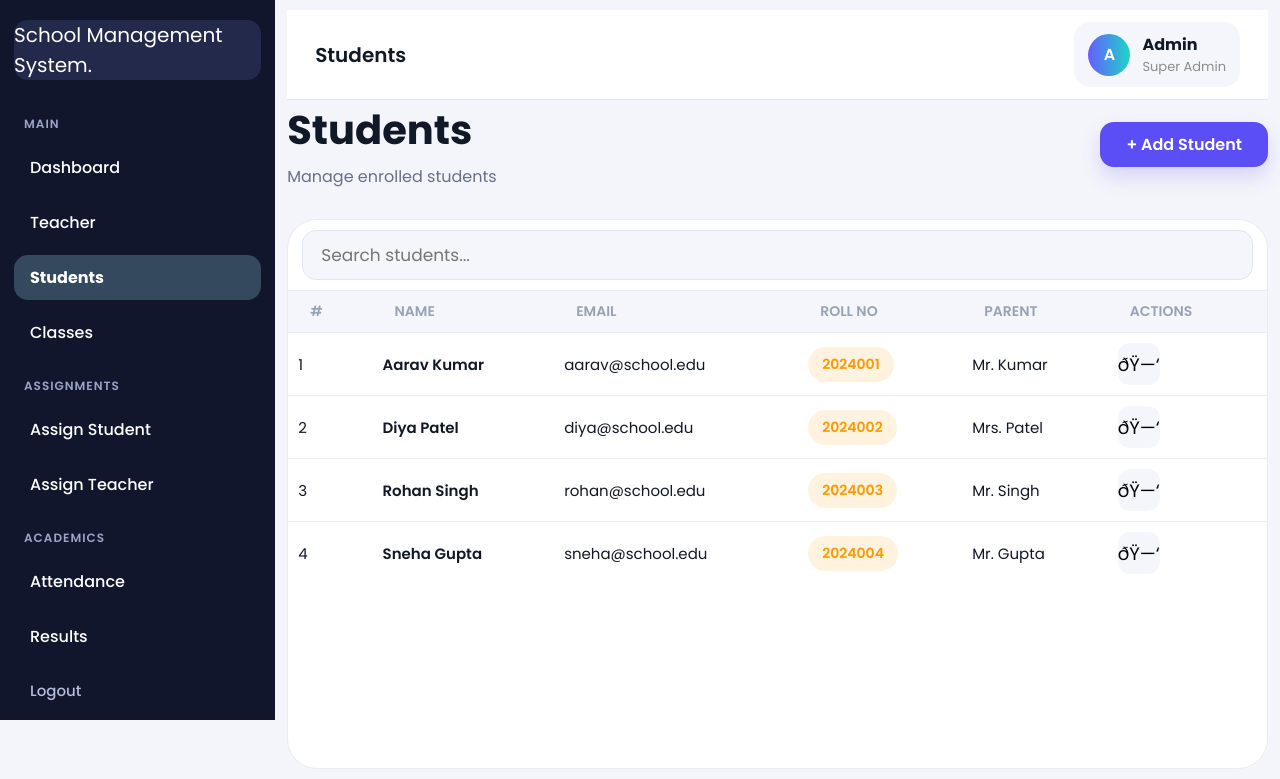
Repository: rohit-rk-07/school_management_system
Page: http://localhost/School_Management_System/admin/addstudent.jsp
These files come from the project's save history. The page is drawn as it stood at one moment and after the next save; the edit follows.
The browser window is 1280 px wide. The pictures show the whole page.
The page is served by Tomcat 10. Other server files are loaded and not shown. Queries for data that is not in the repository find no rows.

Above is the page before, as saved 2026-05-22 16:59:10.

### School_Management_System/src/main/webapp/admin/addstudent.jsp
<!DOCTYPE html>
<html lang="en">

<head>

<meta charset="UTF-8">
<meta name="viewport" content="width=device-width, initial-scale=1.0">

<title>Students Management UI</title>

<link rel="preconnect" href="https://fonts.googleapis.com">

<link
	href="https://fonts.googleapis.com/css2?family=Poppins:wght@300;400;500;600;700&display=swap"
	rel="stylesheet">

<style>
* {
	margin: 0;
	padding: 0;
	box-sizing: border-box;
	font-family: 'Poppins', sans-serif;
}

body {
	background: #f4f5fb;
	color: #111827;
	display: flex;
	flex-direction: row;
	justify-content: space-between;
	align-items: start;
}

/* =========================
           TOPBAR
        ========================== */
.studentPageTopbar {
	width: 100%;
	background: #ffffff;
	padding: 12px 28px;
	display: flex;
	justify-content: space-between;
	align-items: center;
	border-bottom: 1px solid #e7e7e7;
}

.studentPageHeading {
	font-size: 20px;
	font-weight: 600;
}

.studentAdminProfileCard {
	display: flex;
	align-items: center;
	gap: 12px;
	background: #f5f6fb;
	padding: 10px 14px;
	border-radius: 16px;
}

.studentAdminAvatar {
	width: 42px;
	height: 42px;
	border-radius: 50%;
	background: linear-gradient(to right, #675cff, #1dd5c8);
	display: flex;
	align-items: center;
	justify-content: center;
	color: #ffffff;
	font-weight: 600;
}

.studentAdminRole {
	font-size: 13px;
	color: #8c8c8c;
}

/* =========================
           PAGE CONTENT
        ========================== */
.studentManagementPageContainer {
	padding: 10px 12px;
	width: 80%;
}

.studentManagementHeaderSection {
	display: flex;
	justify-content: space-between;
	align-items: center;
	margin-bottom: 30px;
}

.studentManagementTitle {
	font-size: 40px;
	font-weight: 700;
}

.studentManagementSubtitle {
	color: #667085;
	margin-top: 4px;
}

/* =========================
           ADD BUTTON
        ========================== */
.studentAddButton {
	border: none;
	background: #5c4ef7;
	color: #ffffff;
	padding: 10px 26px;
	border-radius: 14px;
	cursor: pointer;
	font-size: 16px;
	font-weight: 600;
	box-shadow: 0 10px 20px rgba(92, 78, 247, 0.2);
	transition: 0.3s;
}

.studentAddButton:hover {
	background: #4e40ee;
}

/* =========================
           TABLE CARD
        ========================== */
.studentTableCard {
	background: #ffffff;
	border-radius: 30px;
	overflow-y: scroll;
	height: 550px;
	border: 1px solid #ececec;
}

/* =========================
           SEARCH BOX
        ========================== */
.studentSearchContainer {
	padding: 10px 14px;
	border-bottom: 1px solid #ececec;
}

.studentSearchInput {
	width: 100%;
	height: 50px;
	border: none;
	outline: none;
	background: #f5f6fb;
	border-radius: 14px;
	padding: 0 18px;
	font-size: 17px;
	border: 1px solid #e2e5ef;
}

/* =========================
           TABLE
        ========================== */
.studentDataTable {
	width: 100%;
	border-collapse: collapse;
}

.studentDataTable thead {
	background: #f5f6fb;
}

.studentDataTable th {
	text-align: left;
	padding: 10px 22px;
	font-size: 14px;
	color: #98a2b3;
	font-weight: 600;
}

.studentDataTable td {
	padding: 10px;
	border-top: 1px solid #ececec;
	font-size: 15px;
}

.studentNameText {
	font-weight: 600;
}

/* =========================
           ROLL NUMBER BADGE
        ========================== */
.studentRollNumberBadge {
	display: inline-block;
	padding: 7px 14px;
	border-radius: 30px;
	background: #fff2df;
	color: #ff9900;
	font-size: 14px;
	font-weight: 600;
}

/* =========================
           DELETE BUTTON
        ========================== */
.studentDeleteButton {
	width: 42px;
	height: 42px;
	border: none;
	border-radius: 12px;
	background: #f5f6fb;
	cursor: pointer;
	font-size: 18px;
}

/* =========================
           MODAL OVERLAY
        ========================== */
.studentModalOverlay {
	position: fixed;
	inset: 0;
	background: rgba(0, 0, 0, 0.45);
	backdrop-filter: blur(6px);
	display: none;
	align-items: center;
	justify-content: center;
	z-index: 999;
}

.studentModalOverlay.active {
	display: flex;
}

/* =========================
           MODAL CONTAINER
        ========================== */
.studentModalContainer {
	width: 700px;
	background: #ffffff;
	border-radius: 34px;
	padding: 34px;
	box-shadow: 0 20px 50px rgba(0, 0, 0, 0.18);
	animation: studentPopupAnimation 0.3s ease;
}

@
keyframes studentPopupAnimation {from { transform:scale(0.9);
	opacity: 0;
}

to {
	transform: scale(1);
	opacity: 1;
}

}

/* =========================
           MODAL HEADER
        ========================== */
.studentModalHeader {
	display: flex;
	justify-content: space-between;
	align-items: center;
	margin-bottom: 30px;
}

.studentModalTitle {
	font-size: 34px;
	font-weight: 700;
}

.studentCloseModalButton {
	width: 44px;
	height: 44px;
	border: none;
	border-radius: 12px;
	background: #f5f6fb;
	font-size: 22px;
	cursor: pointer;
}

/* =========================
           FORM GRID
        ========================== */
.studentFormGrid {
	display: grid;
	grid-template-columns: 1fr 1fr;
	gap: 24px;
}

.studentFormGroup {
	display: flex;
	flex-direction: column;
}

.studentFormLabel {
	margin-bottom: 10px;
	font-size: 15px;
	font-weight: 600;
	color: #667085;
	letter-spacing: 0.5px;
}

.studentFormInput {
	height: 56px;
	border: none;
	outline: none;
	background: #f5f6fb;
	border-radius: 14px;
	padding: 0 18px;
	font-size: 17px;
	border: 1px solid #e2e5ef;
}

/* =========================
           MODAL FOOTER
        ========================== */
.studentModalFooter {
	display: flex;
	justify-content: flex-end;
	gap: 18px;
	margin-top: 34px;
}

.studentCancelButton {
	border: none;
	background: #eef1f6;
	color: #667085;
	padding: 14px 28px;
	border-radius: 14px;
	font-size: 17px;
	font-weight: 600;
	cursor: pointer;
}

.studentSaveButton {
	border: none;
	background: #5c4ef7;
	color: #ffffff;
	padding: 14px 28px;
	border-radius: 14px;
	font-size: 17px;
	font-weight: 600;
	cursor: pointer;
	box-shadow: 0 10px 20px rgba(92, 78, 247, 0.2);
}

/* =========================
           RESPONSIVE
        ========================== */
@media ( max-width :768px) {
	.studentManagementHeaderSection {
		flex-direction: column;
		align-items: flex-start;
		gap: 20px;
	}
	.studentFormGrid {
		grid-template-columns: 1fr;
	}
	.studentModalContainer {
		width: 95%;
		padding: 24px;
	}
	.studentDataTable {
		display: block;
		overflow-x: auto;
	}
}
</style>

</head>

<body>

	<!-- =========================
         TOPBAR
    ========================== -->

	<jsp:include page="sidebar.jsp" />



	<!-- =========================
         PAGE CONTENT
    ========================== -->

	<div class="studentManagementPageContainer">

		<div class="studentPageTopbar">

			<h2 class="studentPageHeading">Students</h2>

			<div class="studentAdminProfileCard">

				<div class="studentAdminAvatar">A</div>

				<div>
					<h4>Admin</h4>
					<p class="studentAdminRole">Super Admin</p>
				</div>

			</div>

		</div>

		<!-- HEADER -->

		<div class="studentManagementHeaderSection">

			<div>

				<h1 class="studentManagementTitle">Students</h1>

				<p class="studentManagementSubtitle">Manage enrolled students</p>

			</div>

			<button class="studentAddButton" id="openStudentModalButton">
				+ Add Student</button>

		</div>

		<!-- TABLE CARD -->

		<div class="studentTableCard">

			<!-- SEARCH -->

			<div class="studentSearchContainer">

				<input type="text" placeholder="Search students..."
					class="studentSearchInput">

			</div>

			<!-- TABLE -->

			<table class="studentDataTable">

				<thead>

					<tr>
						<th>#</th>
						<th>NAME</th>
						<th>EMAIL</th>
						<th>ROLL NO</th>
						<th>PARENT</th>
						<th>ACTIONS</th>
					</tr>

				</thead>

				<tbody>

					<tr>

						<td>1</td>

						<td class="studentNameText">Aarav Kumar</td>

						<td>aarav@school.edu</td>

						<td><span class="studentRollNumberBadge"> 2024001 </span></td>

						<td>Mr. Kumar</td>

						<td>
							<button class="studentDeleteButton">🗑</button>
						</td>

					</tr>

					<tr>

						<td>2</td>

						<td class="studentNameText">Diya Patel</td>

						<td>diya@school.edu</td>

						<td><span class="studentRollNumberBadge"> 2024002 </span></td>

						<td>Mrs. Patel</td>

						<td>
							<button class="studentDeleteButton">🗑</button>
						</td>

					</tr>

					<tr>

						<td>3</td>

						<td class="studentNameText">Rohan Singh</td>

						<td>rohan@school.edu</td>

						<td><span class="studentRollNumberBadge"> 2024003 </span></td>

						<td>Mr. Singh</td>

						<td>
							<button class="studentDeleteButton">🗑</button>
						</td>

					</tr>

					<tr>

						<td>4</td>

						<td class="studentNameText">Sneha Gupta</td>

						<td>sneha@school.edu</td>

						<td><span class="studentRollNumberBadge"> 2024004 </span></td>

						<td>Mr. Gupta</td>

						<td>
							<button class="studentDeleteButton">🗑</button>
						</td>

					</tr>

				</tbody>

			</table>

		</div>

	</div>

	<!-- =========================
         STUDENT MODAL
    ========================== -->

	<div class="studentModalOverlay" id="studentModal">

		<div class="studentModalContainer">

			<!-- HEADER -->

			<div class="studentModalHeader">

				<h2 class="studentModalTitle">Add Student</h2>

				<button class="studentCloseModalButton" id="closeStudentModalButton">
					×</button>

			</div>

			<!-- FORM -->

			<form id="addStudentForm">
				<div class="studentFormGrid">

					<div class="studentFormGroup">
						<label class="studentFormLabel"> FULL NAME * </label>
						<input type="text" id="fullName" placeholder="Jane Smith" class="studentFormInput">
					</div>

					<div class="studentFormGroup">
						<label class="studentFormLabel"> EMAIL * </label>
						<input type="email" id="email" placeholder="jane@school.edu" class="studentFormInput">
					</div>

					<div class="studentFormGroup">
						<label class="studentFormLabel"> ROLL NUMBER * </label>
						<input type="text" id="rollNumber" placeholder="2024001" class="studentFormInput">
					</div>

					<div class="teacherFormGroup">
					    <label class="teacherFormLabel">GENDER</label>

					    <div style="display:flex; gap:20px; align-items:center; height:56px;">
					        <label style="display:flex; align-items:center; gap:8px; font-size:16px; color:#475467;">
					            <input type="radio" name="gender" value="Male">Male
					         </label>

					        <label style="display:flex; align-items:center; gap:8px; font-size:16px; color:#475467;">
					            <input type="radio" name="gender" value="Female">Female
							</label>

					    </div>
					</div>

					<div class="studentFormGroup">
						<label class="studentFormLabel"> DATE OF BIRTH </label>
						<input type="date" id="date" class="studentFormInput">
					</div>

					<div class="studentFormGroup">
						<label class="studentFormLabel"> PARENT NAME </label>
						<input type="text" id="parentName" placeholder="Mr. Smith" class="studentFormInput">
					</div>

					<div class="studentFormGroup">
						<label class="studentFormLabel"> PARENT PHONE </label>
						<input type="text" id="phone" placeholder="+91 9876543210" class="studentFormInput">
					</div>

				</div>

				<!-- FOOTER -->

				<div class="studentModalFooter">
					<button type="button" class="studentCancelButton" id="cancelStudentModalButton"> Cancel</button>
					<button type="submit" id="addStudent" class="studentSaveButton"> Save Student</button>
				</div>
			</form>
		</div>
	</div>

	<script type="text/javascript" src="addstudent.js"></script>
</body>

</html>

### School_Management_System/src/main/webapp/admin/sidebar.jsp
<!DOCTYPE html>
<html lang="en">
<head>
  <meta charset="UTF-8" />
  <meta name="viewport" content="width=device-width, initial-scale=1.0"/>
  <title>School Sidebar</title>

  <style type="text/css">
  *{
  margin:0;
  padding:0;
  box-sizing:border-box;
}

body{
  font-family:'Poppins',sans-serif;
  background:#f4f5fa;
}

/* SIDEBAR */

.schoolSidebar{
  width:280px;
  height:100vh;
  background:#11162d;
  color:#ffffff;
  padding:20px 14px;
  display:flex;
  flex-direction:column;
  justify-content:space-between;
  /*border-top-right-radius:20px;
  border-bottom-right-radius:20px;*/
  transition:0.3s;
}

/* LOGO */

.schoolSidebarLogo{
  border-radius:14px;
  background:#23294b;
  display:flex;
  align-items:start;
  justify-content:start;
  font-size:20px;
  margin-bottom:35px;
}

/* MENU TITLES */

.schoolSidebarMenuTitle{
  color:#9ca3c7;
  font-size:12px;
  letter-spacing:1px;
  margin:22px 10px 12px;
  font-weight:600;
}

/* MENU */

.schoolSidebarMenuList{
  list-style:none;
}

.schoolSidebarMenuItem{
  display:flex;
  align-items:center;
  gap:14px;
  padding:10px 16px;
  border-radius:14px;
  margin-bottom:10px;
  color:#b6bdd9;
  cursor:pointer;
  transition:0.3s;
  font-size:15px;
  font-weight:500;
}

.schoolSidebarMenuItem a{
  font-size:16px;
  text-decoration: none;
  color: #fff;
  width: 100%;
  height: 100%;
}

/* HOVER */

.schoolSidebarMenuItem:hover{
  background:#242b4d;
  color:#ffffff;
}

/* ACTIVE */

.schoolSidebarActive{
  background:#4d44cc;
  color:#ffffff;
}

.schoolSidebarMenuItem {
    /* Your default styling for menu items */
    transition: background-color 0.2s ease;
}

/* This targets the container when active */
.schoolSidebarMenuItem.schoolSidebarActive {
    background-color: #34495e; /* Change to your preferred highlight color */
}

/* Ensures the text color inside the active container looks right */
.schoolSidebarMenuItem.schoolSidebarActive a {
    color: #ffffff;
    font-weight: bold;
}

/* DARK MODE */

.schoolSidebarDark{
  background:#050814;
}

.schoolSidebarDark .schoolSidebarMenuItem:hover{
  background:#1c2445;
}

/* RESPONSIVE */

@media(max-width:768px){

  .schoolSidebar{
    width:100%;
    height:auto;
    border-radius:0;
  }

}
  </style>

  <link rel="preconnect" href="https://fonts.googleapis.com">
  <link href="https://fonts.googleapis.com/css2?family=Poppins:wght@300;400;500;600;700&display=swap" rel="stylesheet">
</head>

<body>

  <aside class="schoolSidebar">

    <!-- LOGO -->
    <div class="schoolSidebarTop">

      <div class="schoolSidebarLogo">
        School Management System.
      </div>

      <!-- MAIN MENU -->
      <div class="schoolSidebarMenuTitle">
        MAIN
      </div>

      <ul class="schoolSidebarMenuList">

        <li class="schoolSidebarMenuItem schoolSidebarActive">
          <a href="dashboard.jsp">Dashboard</a>
        </li>

        <li class="schoolSidebarMenuItem">
          <a href="addteacher.jsp">Teacher</a>
        </li>

        <li class="schoolSidebarMenuItem">
          <a href="addstudent.jsp">Students</a>
        </li>

        <li class="schoolSidebarMenuItem">
          <a href="addclasses.jsp">Classes</a>
        </li>

      </ul>

      <!-- ASSIGNMENTS -->
      <div class="schoolSidebarMenuTitle">
        ASSIGNMENTS
      </div>

      <ul class="schoolSidebarMenuList">

        <li class="schoolSidebarMenuItem">
          <a href="assignStudent.jsp">Assign Student</a>
        </li>

        <li class="schoolSidebarMenuItem">
          <a href="assignTeacher.jsp">Assign Teacher</a>
        </li>

      </ul>

      <!-- ACADEMICS -->
      <div class="schoolSidebarMenuTitle">
        ACADEMICS
      </div>

      <ul class="schoolSidebarMenuList">

        <li class="schoolSidebarMenuItem">
          <a href="attendance.jsp">Attendance</a>
        </li>

        <li class="schoolSidebarMenuItem">
          <a href="results.jsp">Results</a>
        </li>

      </ul>

    </div>

    <!-- BOTTOM -->
    <div class="schoolSidebarBottom">

      <ul class="schoolSidebarMenuList">

        <li class="schoolSidebarMenuItem">
          Logout
        </li>

      </ul>

    </div>

  </aside>

  <script>
//ACTIVE MENU

  //const schoolSidebarItems = document.querySelectorAll(".schoolSidebarMenuItem");

  //schoolSidebarItems.forEach(item => {

    //item.addEventListener("click", () => {

     // schoolSidebarItems.forEach(nav => {
      //  nav.classList.remove("schoolSidebarActive");
     // });

     // item.classList.add("schoolSidebarActive");

   // });

 // });

  document.addEventListener("DOMContentLoaded", function () {
    // Get the current page filename (e.g., "teacher.jsp")
    const currentPath = window.location.pathname.split("/").pop();

    // Select all links inside the sidebar
    const menuLinks = document.querySelectorAll(".schoolSidebarMenuList a");

    menuLinks.forEach(link => {
        // Get the href attribute of the link
        const linkPath = link.getAttribute("href");

        // If the current URL ends with or matches the href, highlight its parent <li>
        if (currentPath === linkPath) {
            // Remove the active class from any default item first
            document.querySelectorAll(".schoolSidebarMenuItem").forEach(item => {
                item.classList.remove("schoolSidebarActive");
            });

            // Add active class to the current link's parent <li> element
            link.closest("li").classList.add("schoolSidebarActive");
        }
    });
});


  // DARK MODE

  //const schoolSidebar = document.querySelector(".schoolSidebar");
  //const schoolSidebarDarkBtn = document.getElementById("schoolSidebarDarkBtn");
  //schoolSidebarDarkBtn.addEventListener("click", () => {
    //schoolSidebar.classList.toggle("schoolSidebarDark");
  //});

  </script>

</body>
</html>

### School_Management_System/src/main/java/com/sms/AddStudent.java
package com.sms;

import jakarta.servlet.ServletException;
import jakarta.servlet.annotation.WebServlet;
import jakarta.servlet.http.HttpServlet;
import jakarta.servlet.http.HttpServletRequest;
import jakarta.servlet.http.HttpServletResponse;

import java.io.BufferedReader;
import java.io.IOException;
import java.io.PrintWriter;
import java.sql.Connection;
import java.sql.PreparedStatement;
import java.sql.ResultSet;
import java.sql.SQLException;

import org.json.JSONObject;

@WebServlet("/AddStudent")
public class AddStudent extends HttpServlet {
	private static final long serialVersionUID = 1L;

    public AddStudent() {
        super();
    }

    protected void doGet(HttpServletRequest request, HttpServletResponse response) throws ServletException, IOException {
		response.setContentType("application/json");
		response.setCharacterEncoding("UTF-8");
		PrintWriter out = response.getWriter();

		org.json.JSONArray jsonArray = new org.json.JSONArray();

		String sql = "SELECT * FROM students";

		try(Connection conn = DBConnection.getConnection();
			PreparedStatement statement = conn.prepareStatement(sql);
			ResultSet rs = statement.executeQuery()){

			while(rs.next()) {
				org.json.JSONObject row = new org.json.JSONObject();
				row.put("student_id", rs.getInt("student_id"));
				row.put("full_name", rs.getString("full_name"));
	            row.put("email", rs.getString("email"));
	            row.put("roll_number", rs.getString("roll_number"));
	            row.put("date_of_birth", rs.getString("date_of_birth"));
	            row.put("parent_phone", rs.getString("parent_phone"));
	            row.put("parent_name", rs.getString("parent_name"));
	            row.put("gender", rs.getString("gender"));

	            jsonArray.put(row);
			}

		} catch (SQLException e) {
			// TODO Auto-generated catch block
			e.printStackTrace();
			response.setStatus(HttpServletResponse.SC_INTERNAL_SERVER_ERROR);
			org.json.JSONObject errorJson = new org.json.JSONObject();
			errorJson.put("status", "error");
			errorJson.put("message", "Database retrival error: "+e.getMessage());
			out.print(errorJson.toString());
			return;
		}

		out.print(jsonArray.toString());
		out.flush();

	}

	protected void doPost(HttpServletRequest request, HttpServletResponse response) throws ServletException, IOException {
		response.setContentType("application/json");
		response.setCharacterEncoding("UTF-8");

		PrintWriter out = response.getWriter();
		JSONObject jsonResponse = new JSONObject();

		//read the json sent from javascriipt
		StringBuilder stringBuilder = new StringBuilder();
		String line;
		try (BufferedReader reader = request.getReader()){
			while((line = reader.readLine()) != null) {
				stringBuilder.append(line);
			}
		} catch(Exception e) {
			response.setStatus(HttpServletResponse.SC_BAD_REQUEST);
			jsonResponse.put("status", "error");
			jsonResponse.put("message", "Error reading request body");
			out.print(jsonResponse.toString());
			return;
		}

		try {
			String jsonString = stringBuilder.toString();
			JSONObject jsonInput = new JSONObject(jsonString);

			String full_name = jsonInput.getString("fullName");
			String email = jsonInput.getString("email");
			String roll_number = jsonInput.getString("rollNumber");
			String date_of_birth = jsonInput.getString("dob");
			String parent_name = jsonInput.getString("parentName");
			String parent_phone = jsonInput.getString("phone");
			String gender = jsonInput.getString("gender");


			String sql = "INSERT INTO students (full_name, email, roll_number, date_of_birth, parent_name, parent_phone, gender) VALUES (?,?,?,?,?,?,?)";

			try(Connection conn = DBConnection.getConnection();
				PreparedStatement statement = conn.prepareStatement(sql)){
				statement.setString(1, full_name);
				statement.setString(2, email);
				statement.setString(3, roll_number);
				statement.setString(4, date_of_birth);
				statement.setString(5, parent_name);
				statement.setString(6, parent_phone);
				statement.setString(7, gender);

				int rowsInserted = statement.executeUpdate();

				if(rowsInserted > 0) {
					response.setStatus(HttpServletResponse.SC_OK);
					jsonResponse.put("status", "success");
					jsonResponse.put("message", "Student added successfully!");
				} else {
					response.setStatus(HttpServletResponse.SC_INTERNAL_SERVER_ERROR);
					jsonResponse.put("status", "error");
					jsonResponse.put("message", "Failed to insert record.");
				}
			}

		} catch (SQLException e) {
			e.printStackTrace();
			response.setStatus(HttpServletResponse.SC_INTERNAL_SERVER_ERROR);
			jsonResponse.put("status", "error");
			jsonResponse.put("message", "Database error: "+e.getMessage());
		}

		out.print(jsonResponse.toString());
		out.flush();


	}

}

### School_Management_System/src/main/java/com/sms/DBConnection.java
package com.sms;
import java.sql.Connection;
import java.sql.DriverManager;
import java.sql.SQLException;
public class DBConnection {
	private static final String URL = "jdbc:mysql://localhost:3306/academic_project";
	private static final String USER = "root";
	private static final String PASSWORD = "password";
	public static Connection getConnection() throws SQLException {
		try {
			Class.forName("com.mysql.cj.jdbc.Driver");
		} catch(ClassNotFoundException e) {
			e.printStackTrace();
		}
		return DriverManager.getConnection(URL, USER, PASSWORD);
	}
}

Loaded but not shown: School_Management_System/src/main/webapp/admin/addstudent.js (75 lines, source omitted)

After the next save:
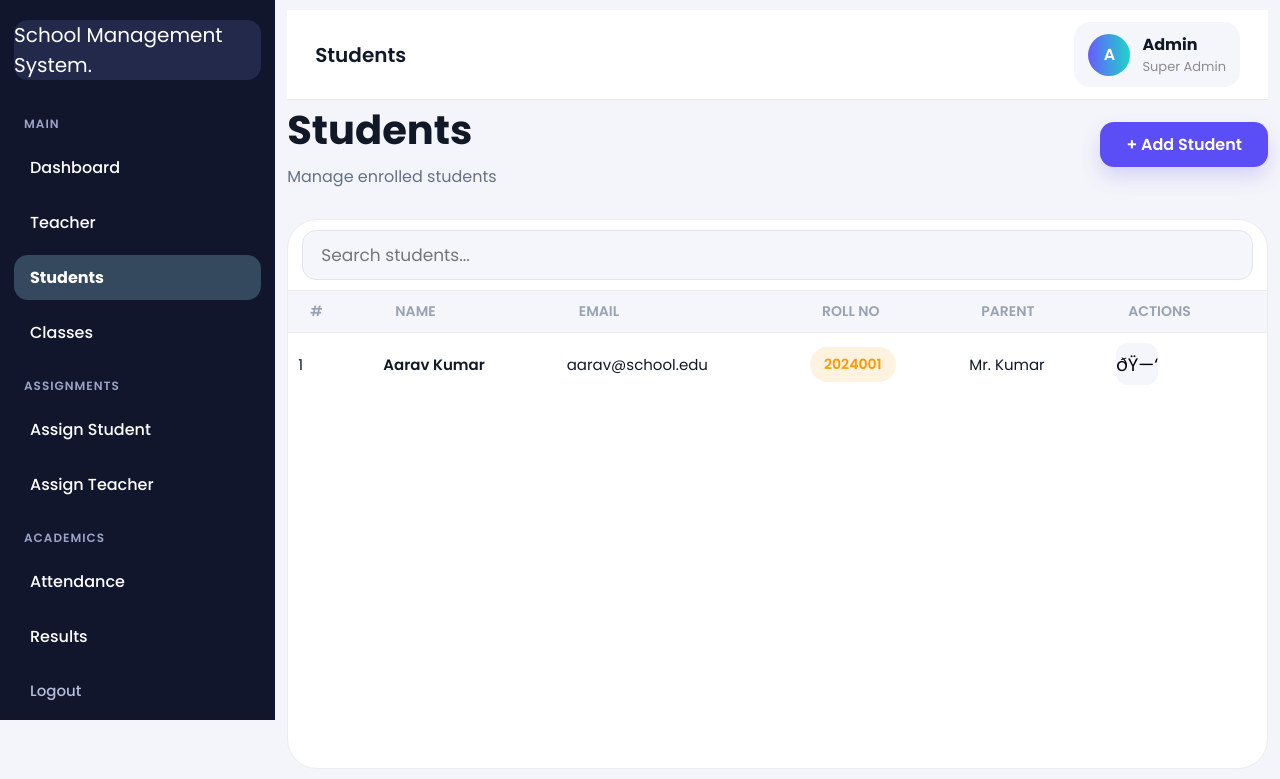
Saved 63 s later.
--- a/School_Management_System/src/main/webapp/admin/addstudent.jsp
+++ b/School_Management_System/src/main/webapp/admin/addstudent.jsp
@@ -444,87 +444,18 @@ to {
 					</tr>
 
 				</thead>
-
 				<tbody>
-
 					<tr>
-
 						<td>1</td>
-
 						<td class="studentNameText">Aarav Kumar</td>
-
 						<td>aarav@school.edu</td>
-
 						<td><span class="studentRollNumberBadge"> 2024001 </span></td>
-
 						<td>Mr. Kumar</td>
-
-						<td>
-							<button class="studentDeleteButton">🗑</button>
-						</td>
-
+						<td><button class="studentDeleteButton">🗑</button></td>
 					</tr>
-
-					<tr>
-
-						<td>2</td>
-
-						<td class="studentNameText">Diya Patel</td>
-
-						<td>diya@school.edu</td>
-
-						<td><span class="studentRollNumberBadge"> 2024002 </span></td>
-
-						<td>Mrs. Patel</td>
-
-						<td>
-							<button class="studentDeleteButton">🗑</button>
-						</td>
-
-					</tr>
-
-					<tr>
-
-						<td>3</td>
-
-						<td class="studentNameText">Rohan Singh</td>
-
-						<td>rohan@school.edu</td>
-
-						<td><span class="studentRollNumberBadge"> 2024003 </span></td>
-
-						<td>Mr. Singh</td>
-
-						<td>
-							<button class="studentDeleteButton">🗑</button>
-						</td>
-
-					</tr>
-
-					<tr>
-
-						<td>4</td>
-
-						<td class="studentNameText">Sneha Gupta</td>
-
-						<td>sneha@school.edu</td>
-
-						<td><span class="studentRollNumberBadge"> 2024004 </span></td>
-
-						<td>Mr. Gupta</td>
-
-						<td>
-							<button class="studentDeleteButton">🗑</button>
-						</td>
-
-					</tr>
-
 				</tbody>
-
 			</table>
-
 		</div>
-
 	</div>
 
 	<!-- =========================
